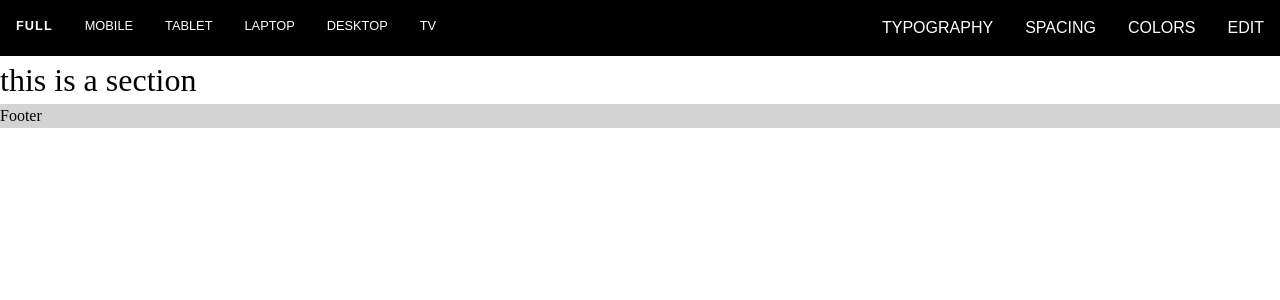
Repository: Terrycoco/coco-playground
Page: /
The author's editor kept a copy of each file at every save. The page is drawn from the files as they stood at one save, then again after the next save.
The browser window is 1280 px wide. The pictures show the whole page.
The project was rebuilt for these pictures with package versions that can differ from the ones it lists, and the page was loaded fresh each time. The framework's server and built-in components were replaced by stand-ins that run in the browser. Also part of the build but not shown: next.config.js.

Above is the page before, as saved 2023-03-20 10:57:13.

After the next save:
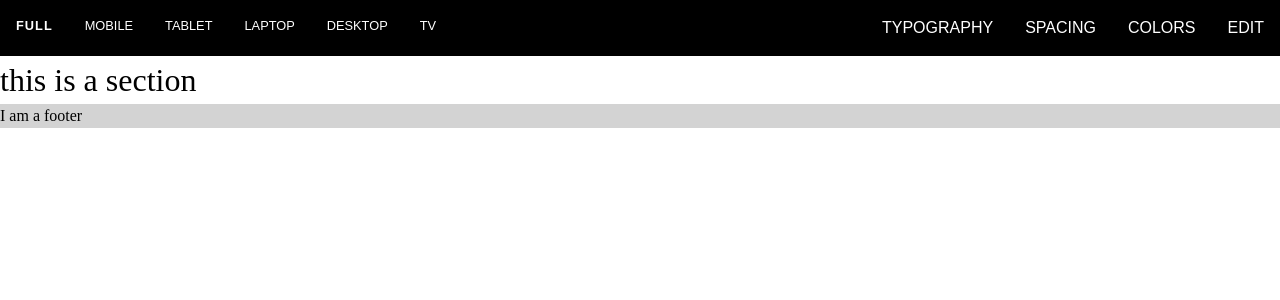
Saved 50 s later.
--- a/src/components/layout/Footer.js
+++ b/src/components/layout/Footer.js
@@ -2,7 +2,7 @@
 import React from "react";
 
 const Footer = () => {
-  return <footer>Footer</footer>;
+  return <footer>I am a footer</footer>;
 };
 
 export default Footer;
